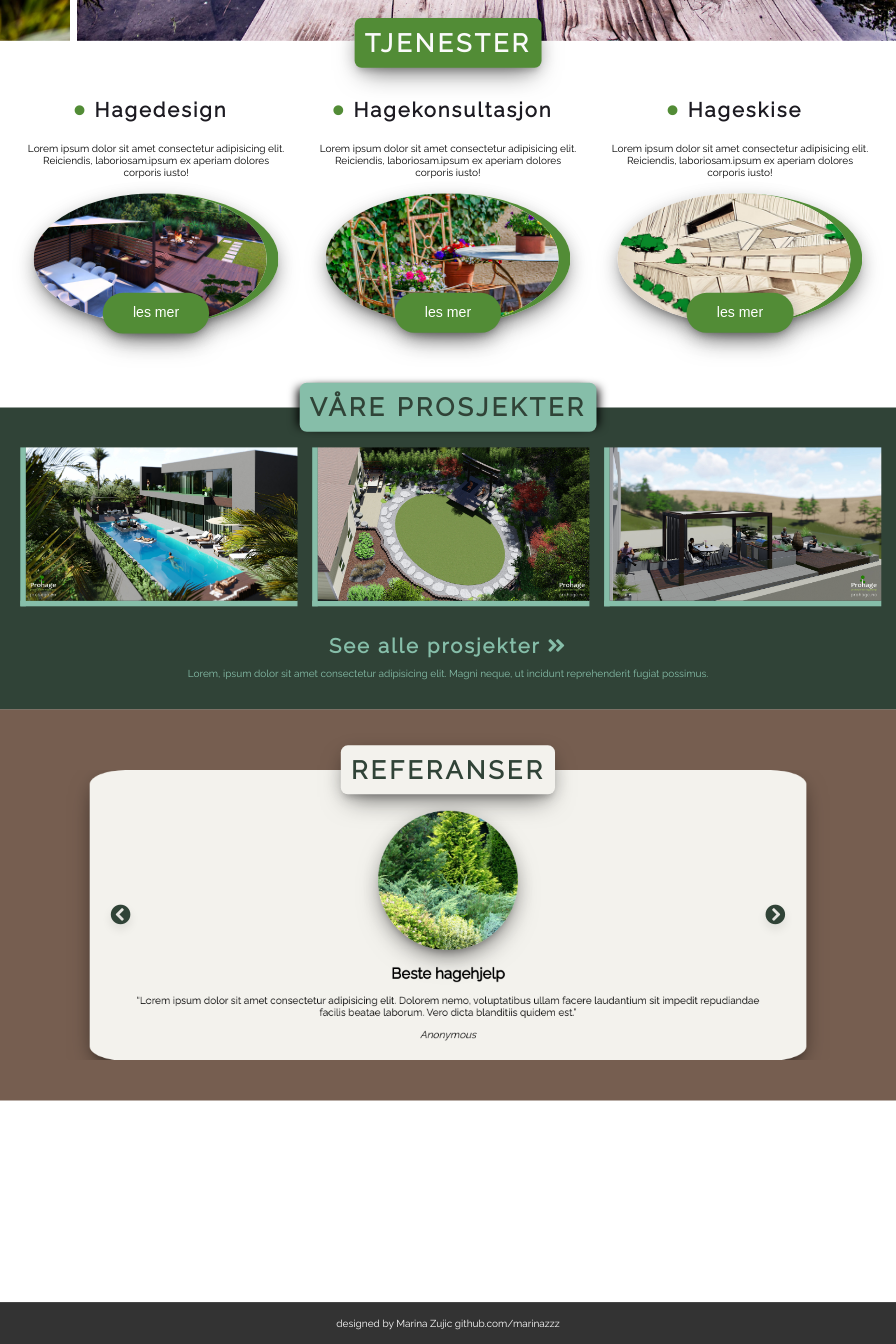
Repository: marinazzz/garden-design-website
Page: index.html
An editor plug-in stored every save of this project. The page is shown before and after the next save, followed by the edit.
The browser window is 1280 px wide. The pictures show the part of the page from y = 943 to 2863 px (the page is 2863 px tall), at 70% of full size.

Above is the page before, as saved 2020-04-03 21:26:23.

After the next save:
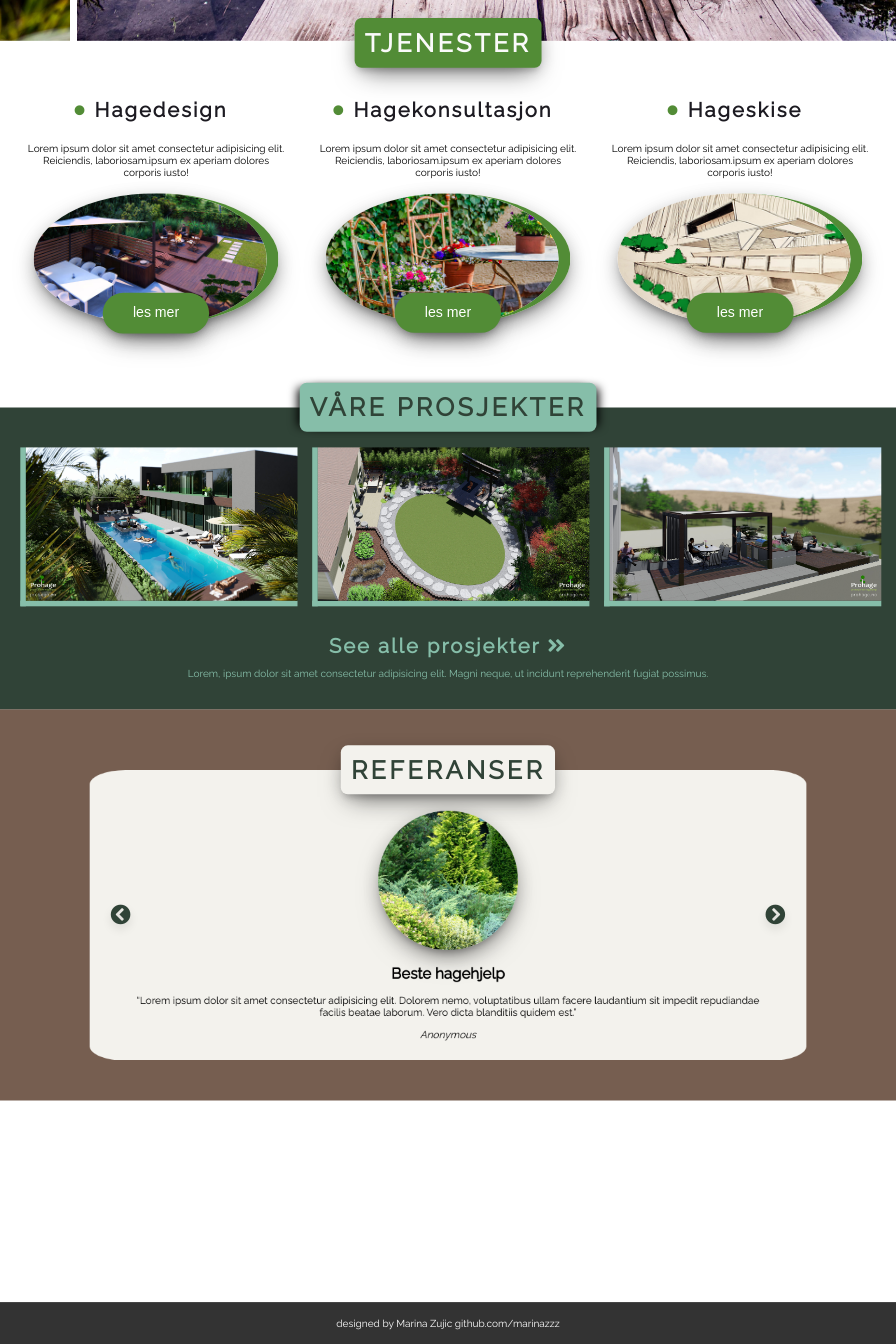
Saved 27 s later.
--- a/CSS/style.css
+++ b/CSS/style.css
@@ -420,8 +420,7 @@ div [class="review__items"] {
   margin: 0 auto;
 }
 
-.review__items,
-.review__photo {
+.review__items > img {
   box-shadow: 0 16px 38px -12px rgba(0, 0, 0, 0.56), 0 4px 25px 0px rgba(0, 0, 0, 0.12), 0 8px 10px -5px rgba(0, 0, 0, 0.2);
 }
 
